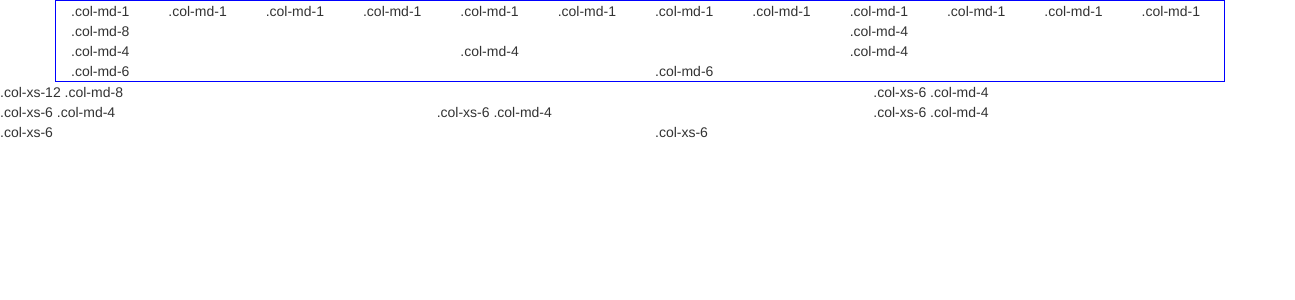
Repository: unixut3/JAVASTS
Page: bootstrap/WebContent/index.html
An editor plug-in stored every save of this project. The page is shown before and after the next save, followed by the edit.
The browser window is 1280 px wide. The page is 1295 px wide, then 1280 px, so the pictures cover 1295 px, including what lies to the right of the window. The pictures show the whole page.

Above is the page before, as saved 2019-10-22 02:00:36.

### bootstrap/WebContent/index.html
<!DOCTYPE html>
<html>
<head>
<meta charset="UTF-8">
<title>Insert title here</title>
<link rel="stylesheet" href="css/bootstrap.css">
<script type="text/javascript" src="js/jquery-1.11.3.js"></script>
<script type="text/javascript" src="js/bootstrap.js"></script>

</head>
<body>
	<div class="container" style="border: 1px solid blue">
		<div class="row">
			<div class="col-md-1">.col-md-1</div>
			<div class="col-md-1">.col-md-1</div>
			<div class="col-md-1">.col-md-1</div>
			<div class="col-md-1">.col-md-1</div>
			<div class="col-md-1">.col-md-1</div>
			<div class="col-md-1">.col-md-1</div>
			<div class="col-md-1">.col-md-1</div>
			<div class="col-md-1">.col-md-1</div>
			<div class="col-md-1">.col-md-1</div>
			<div class="col-md-1">.col-md-1</div>
			<div class="col-md-1">.col-md-1</div>
			<div class="col-md-1">.col-md-1</div>
		</div>
		<div class="row">
			<div class="col-md-8">.col-md-8</div>
			<div class="col-md-4">.col-md-4</div>
		</div>
		<div class="row">
			<div class="col-md-4">.col-md-4</div>
			<div class="col-md-4">.col-md-4</div>
			<div class="col-md-4">.col-md-4</div>
		</div>
		<div class="row">
			<div class="col-md-6">.col-md-6</div>
			<div class="col-md-6">.col-md-6</div>
		</div>
	</div>

	<!-- 모바일에서 컬럼들이 하나는 꽉찬너비로, 다른 하나는 절반너비로 쌓이게 합니다 -->
<div class="row">
  <div class="col-xs-12 col-md-8">.col-xs-12 .col-md-8</div>
  <div class="col-xs-6 col-md-4">.col-xs-6 .col-md-4</div>
</div>

<!-- 컬럼들은 모바일에서 50% 너비로 시작하고 데스크탑에서는 33.3% 너비가 됩니다 -->
<div class="row">
  <div class="col-xs-6 col-md-4">.col-xs-6 .col-md-4</div>
  <div class="col-xs-6 col-md-4">.col-xs-6 .col-md-4</div>
  <div class="col-xs-6 col-md-4">.col-xs-6 .col-md-4</div>
</div>

<!-- 컬럼들은 모바일과 데스크탑에서 항상 50% 너비가 됩니다 -->
<div class="row">
  <div class="col-xs-6">.col-xs-6</div>
  <div class="col-xs-6">.col-xs-6</div>
</div>
</body>
</html>

Loaded but not shown: bootstrap/WebContent/css/bootstrap.css (library); bootstrap/WebContent/js/jquery-1.11.3.js (library); bootstrap/WebContent/js/bootstrap.js (library)

After the next save:
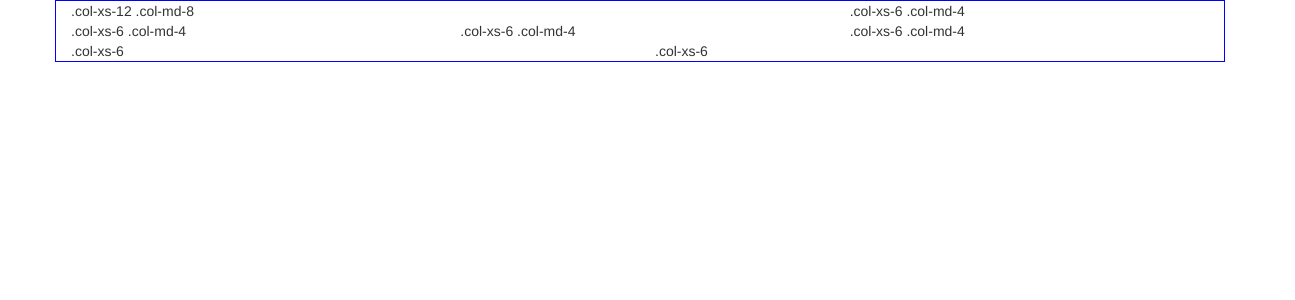
Saved 21 s later.
--- a/bootstrap/WebContent/index.html
+++ b/bootstrap/WebContent/index.html
@@ -10,35 +10,6 @@
 </head>
 <body>
 	<div class="container" style="border: 1px solid blue">
-		<div class="row">
-			<div class="col-md-1">.col-md-1</div>
-			<div class="col-md-1">.col-md-1</div>
-			<div class="col-md-1">.col-md-1</div>
-			<div class="col-md-1">.col-md-1</div>
-			<div class="col-md-1">.col-md-1</div>
-			<div class="col-md-1">.col-md-1</div>
-			<div class="col-md-1">.col-md-1</div>
-			<div class="col-md-1">.col-md-1</div>
-			<div class="col-md-1">.col-md-1</div>
-			<div class="col-md-1">.col-md-1</div>
-			<div class="col-md-1">.col-md-1</div>
-			<div class="col-md-1">.col-md-1</div>
-		</div>
-		<div class="row">
-			<div class="col-md-8">.col-md-8</div>
-			<div class="col-md-4">.col-md-4</div>
-		</div>
-		<div class="row">
-			<div class="col-md-4">.col-md-4</div>
-			<div class="col-md-4">.col-md-4</div>
-			<div class="col-md-4">.col-md-4</div>
-		</div>
-		<div class="row">
-			<div class="col-md-6">.col-md-6</div>
-			<div class="col-md-6">.col-md-6</div>
-		</div>
-	</div>
-
 	<!-- 모바일에서 컬럼들이 하나는 꽉찬너비로, 다른 하나는 절반너비로 쌓이게 합니다 -->
 <div class="row">
   <div class="col-xs-12 col-md-8">.col-xs-12 .col-md-8</div>
@@ -57,5 +28,6 @@
   <div class="col-xs-6">.col-xs-6</div>
   <div class="col-xs-6">.col-xs-6</div>
 </div>
+	</div>
 </body>
 </html>
